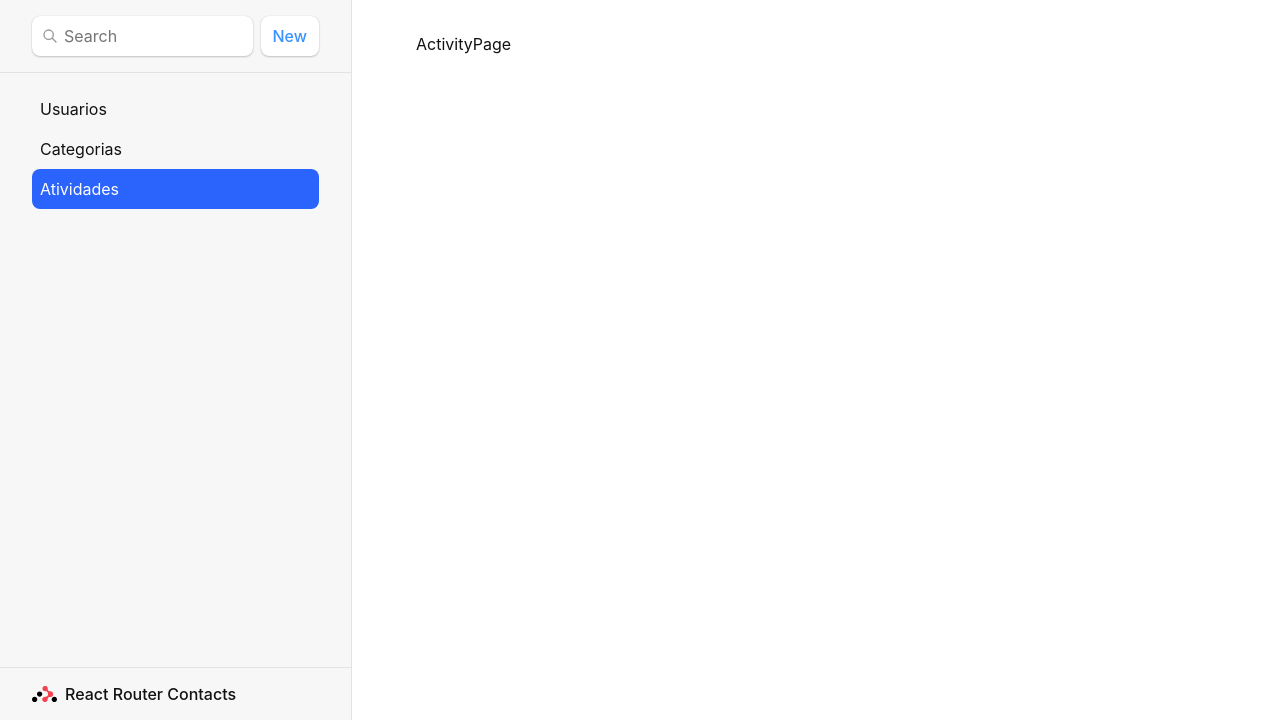
Repository: darccelio/react-pma
Page: /activity
The author's editor kept a copy of each file at every save. The page is drawn from the files as they stood at one save, then again after the next save.
The browser window is 1280 px wide. The pictures show the whole page.
The project was rebuilt for these pictures with package versions that can differ from the ones it lists, and the page was loaded fresh each time. Also part of the build but not shown: vite.config.js, src/route/error-page.jsx, src/route/index.jsx, src/services/user-service.js, src/route/user.jsx, src/services/category-service.js, src/route/category.jsx.

Above is the page before, as saved 2024-07-10 13:43:28.

After the next save:
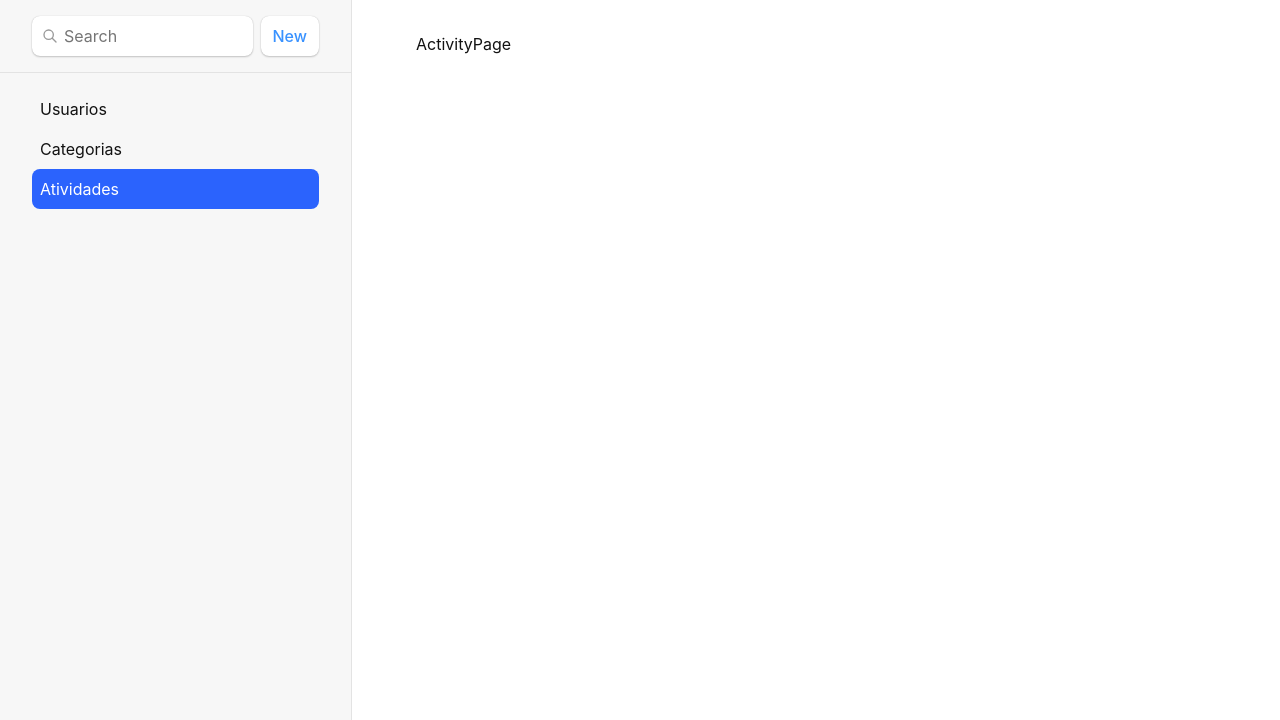
Saved 95 s later.
--- a/src/route/root.jsx
+++ b/src/route/root.jsx
@@ -5,7 +5,7 @@ export default function Root() {
   return (
     <>
       <div id="sidebar">
-        <h1>React Router Contacts</h1>
+        {/* <h1>React Router Contacts</h1> */}
         <div>
           <form id="search-form" role="search">
             <input
